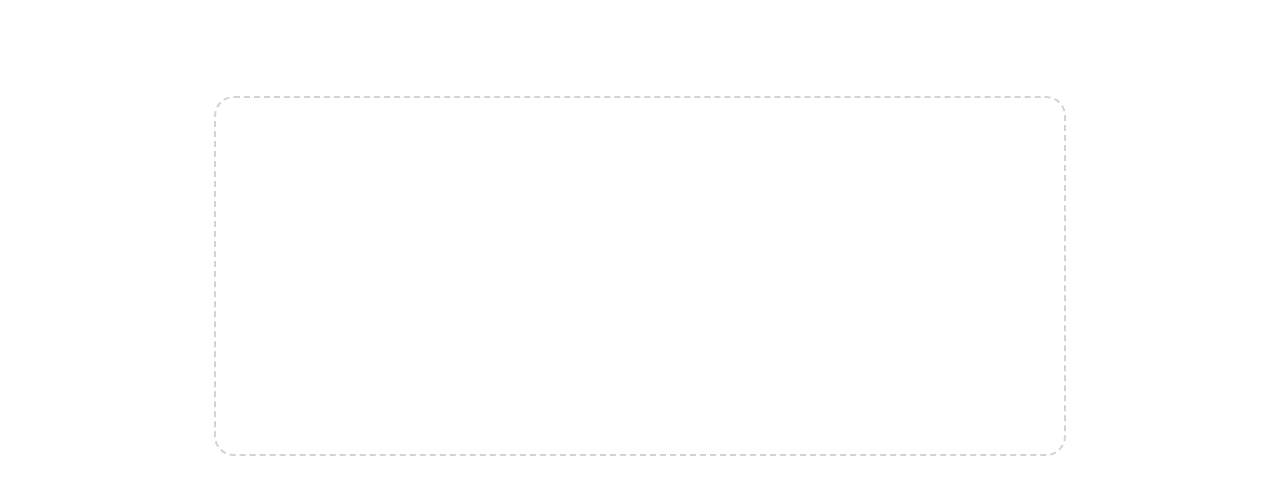
Repository: BhushanPatil-121/pdf-upload-nextjs
Page: /
An editor plug-in stored every save of this project. The page is shown before and after the next save, followed by the edit.
The browser window is 1280 px wide. The pictures show the whole page.
The project was rebuilt for these pictures with package versions that can differ from the ones it lists, and the page was loaded fresh each time. The framework's server and built-in components were replaced by stand-ins that run in the browser. Also part of the build but not shown: next.config.mjs.

Above is the page before, as saved 2024-02-29 11:33:14.

After the next save:
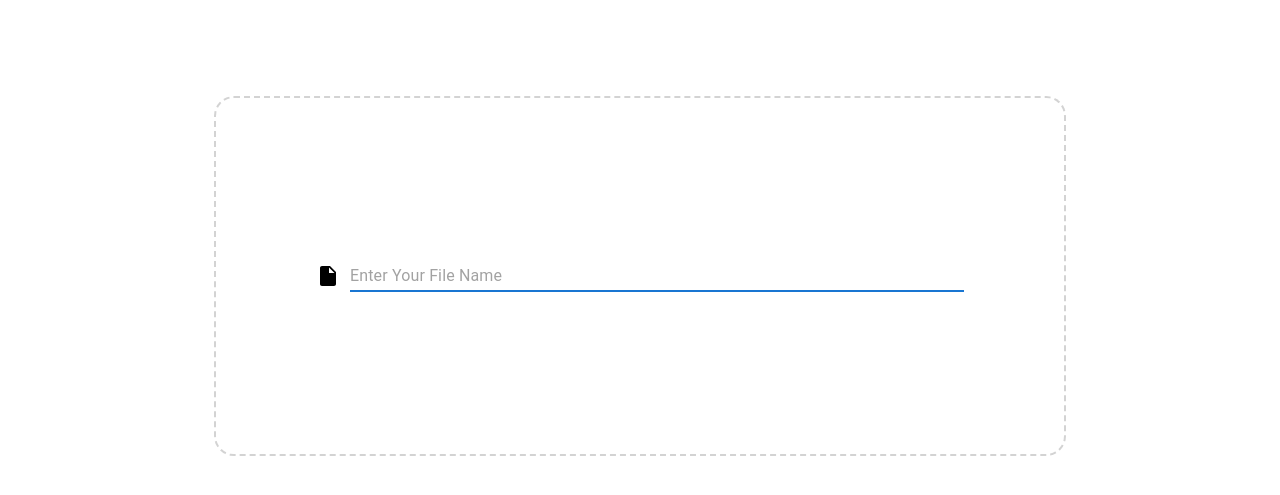
Saved 17 s later.
--- a/src/app/page.tsx
+++ b/src/app/page.tsx
@@ -48,7 +48,19 @@ export default function Home() {
       <Container maxWidth="md">
         <Box  className={styles.mainContainer }
         sx={{  height: '50vh' }}>
-
+           <div className={styles.mainFormSubContainer1}>
+              <InsertDriveFileIcon />
+              <Box sx={{width:'100%'}}>
+              <TextField
+                id="standard-basic"
+                fullWidth
+                placeholder="Enter Your File Name"
+                value={fileName}
+                autoFocus
+                onChange={(e) => { setFileName(e.target.value) }}
+                variant="standard" />
+              </Box>
+            </div>
         </Box>
       </Container>
     </main>
